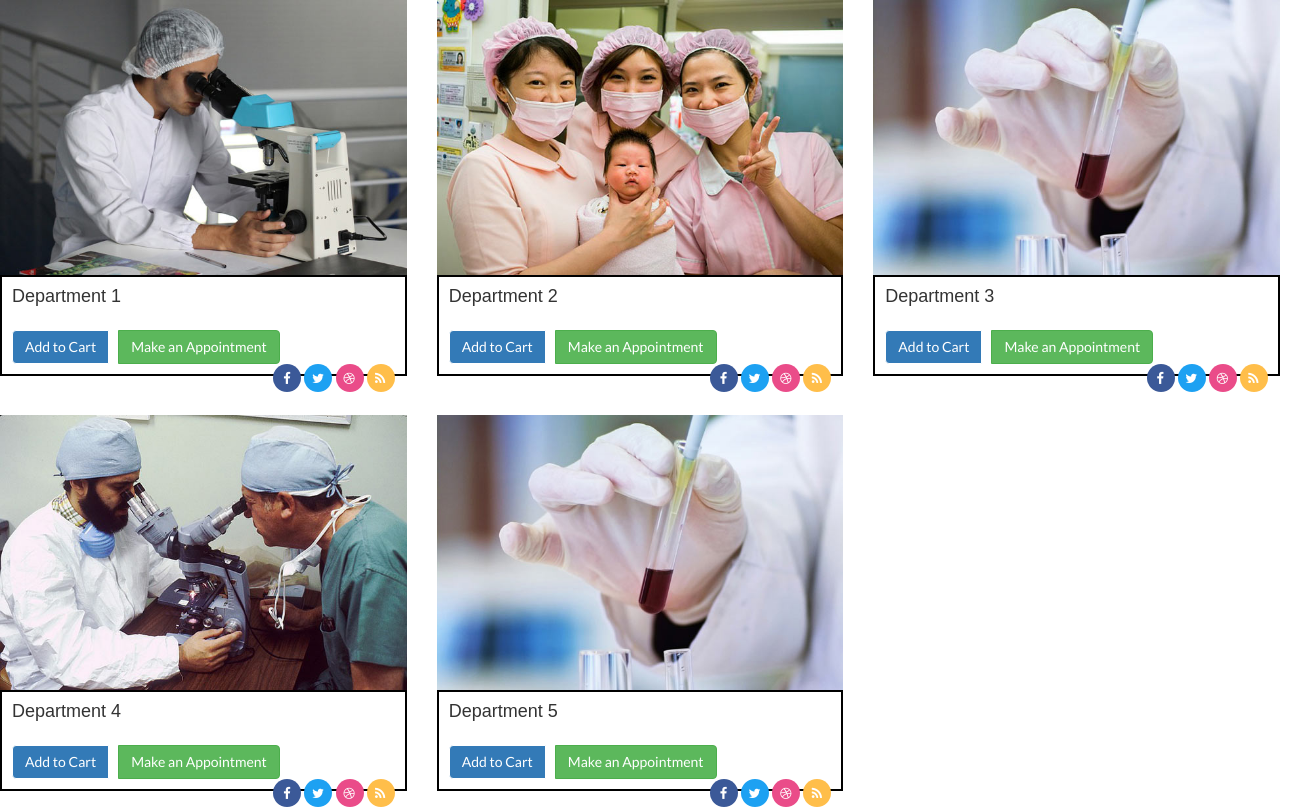
Repository: 72-faisal/work_to_do
Page: http://localhost/Khajina_Doctor/Department-home.jsp
An editor plug-in stored every save of this project. The page is shown before and after the next save, followed by the edit.
The browser window is 1280 px wide. The page is 1295 px wide, so the pictures cover 1295 px, including what lies to the right of the window. The pictures show the whole page.
Some web fonts or font styles are not loaded; a fallback is used. The page is served by Tomcat 9.

Above is the page before, as saved 2023-04-15 20:25:32.

After the next save:
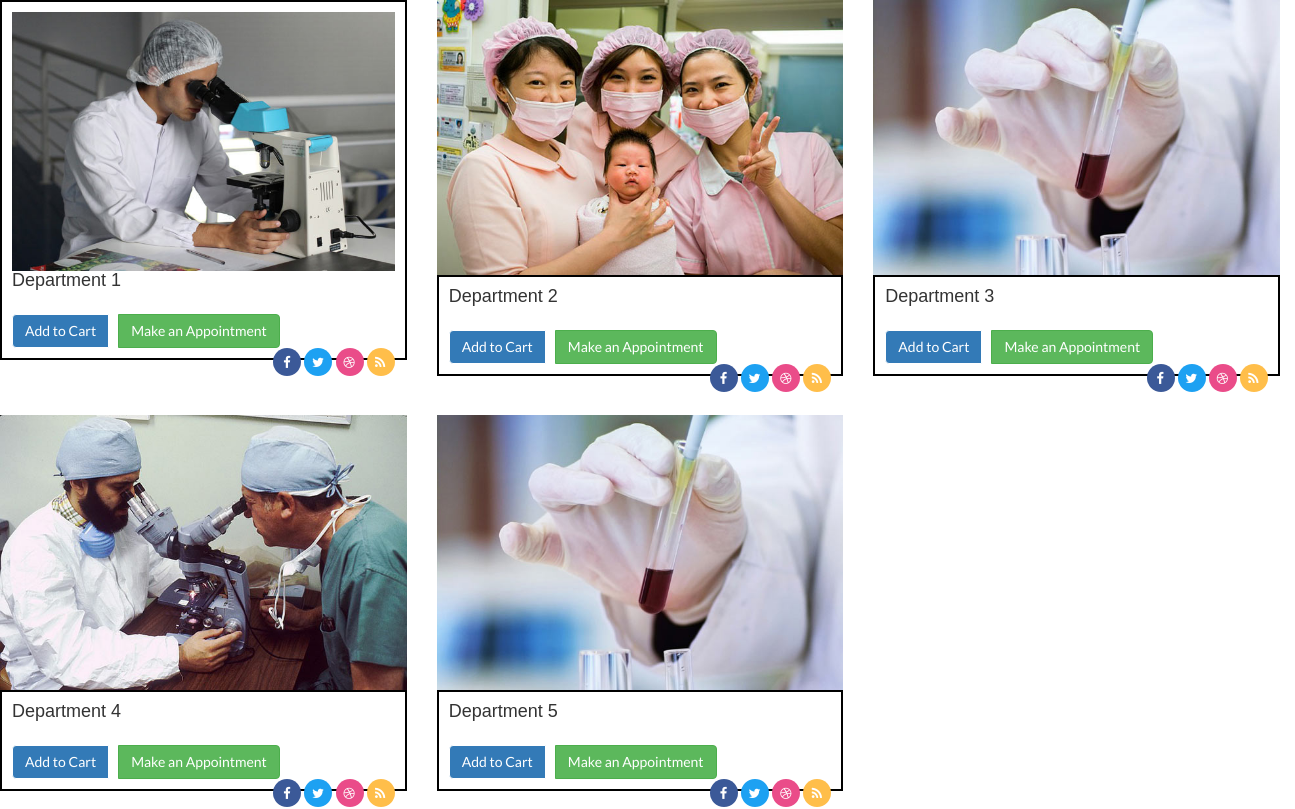
Saved 45 s later.
--- a/Khajina_Doctor/Khajina_Doctor/src/main/webapp/Department-home.jsp
+++ b/Khajina_Doctor/Khajina_Doctor/src/main/webapp/Department-home.jsp
@@ -73,9 +73,9 @@ Smartphone Compatible web template, free web designs for Nokia, Samsung, LG, Son
 <div class="department-box">
     <div class="row">
         <div class="col-md-4 department">
+         <div class="overlay">
+            <img src="images/g1.jpg" alt=" " class="img-responsive" />
 
-            <img src="images/g1.jpg" alt=" " class="img-responsive" />
-            <div class="overlay">
                 <h4>Department 1</h4><br>
                  <div class="btn-group" role="group">
                     <button type="button" class="btn btn-primary">Add to Cart</button>
